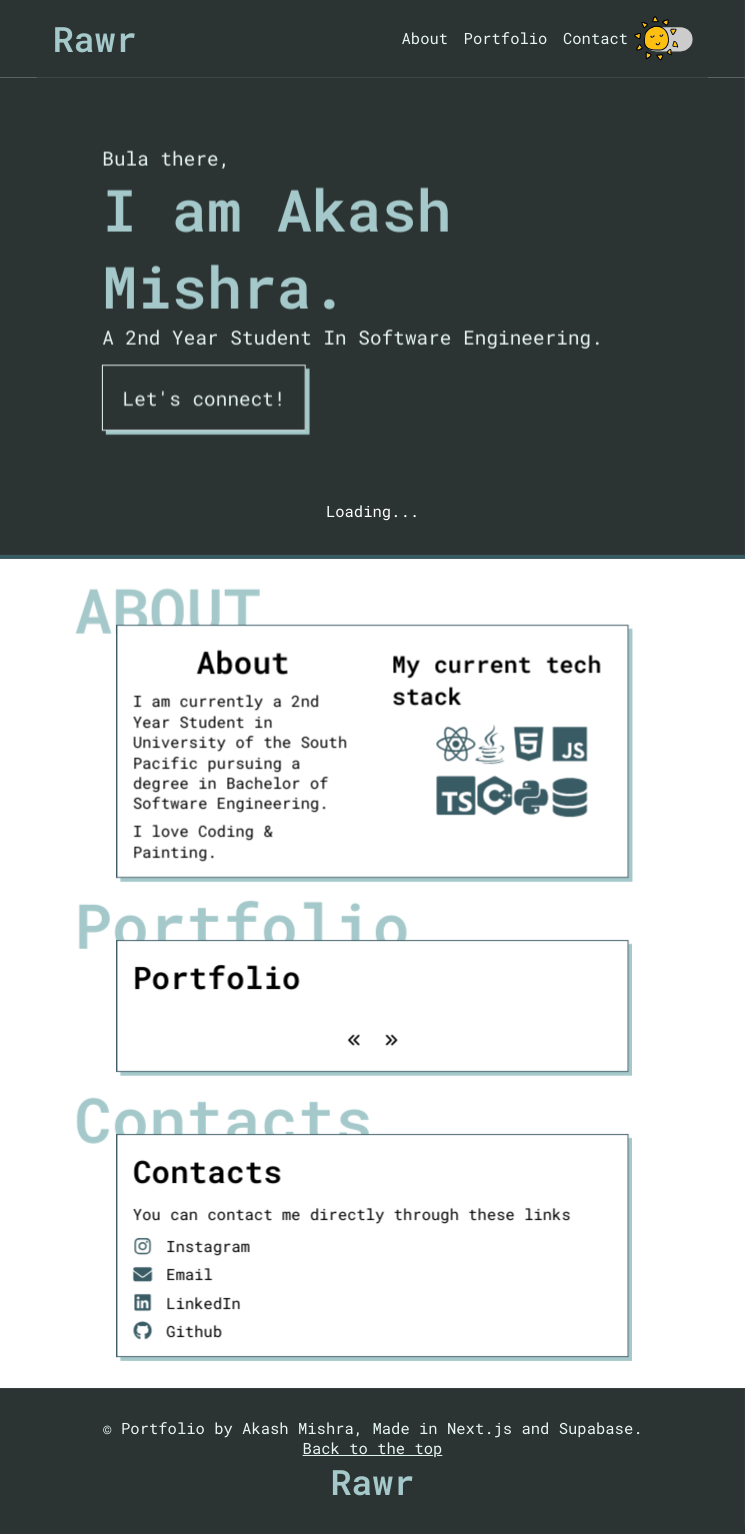
Repository: akashrawr/personal-portfolio
Page: /
These files come from the project's save history. The page is drawn as it stood at one moment and after the next save; the edit follows.
The browser window is 768 px wide. The pictures show the whole page, at 97% of full size.
The page's requests for data from a server got no answer. The project was rebuilt for these pictures with package versions that can differ from the ones it lists, and the page was loaded fresh each time. The framework's server and built-in components were replaced by stand-ins that run in the browser. No one was signed in, and anything a server would have sent is missing. Also part of the build but not shown: next.config.ts.

Above is the page before, as saved 2025-01-03 20:20:06.

After the next save:
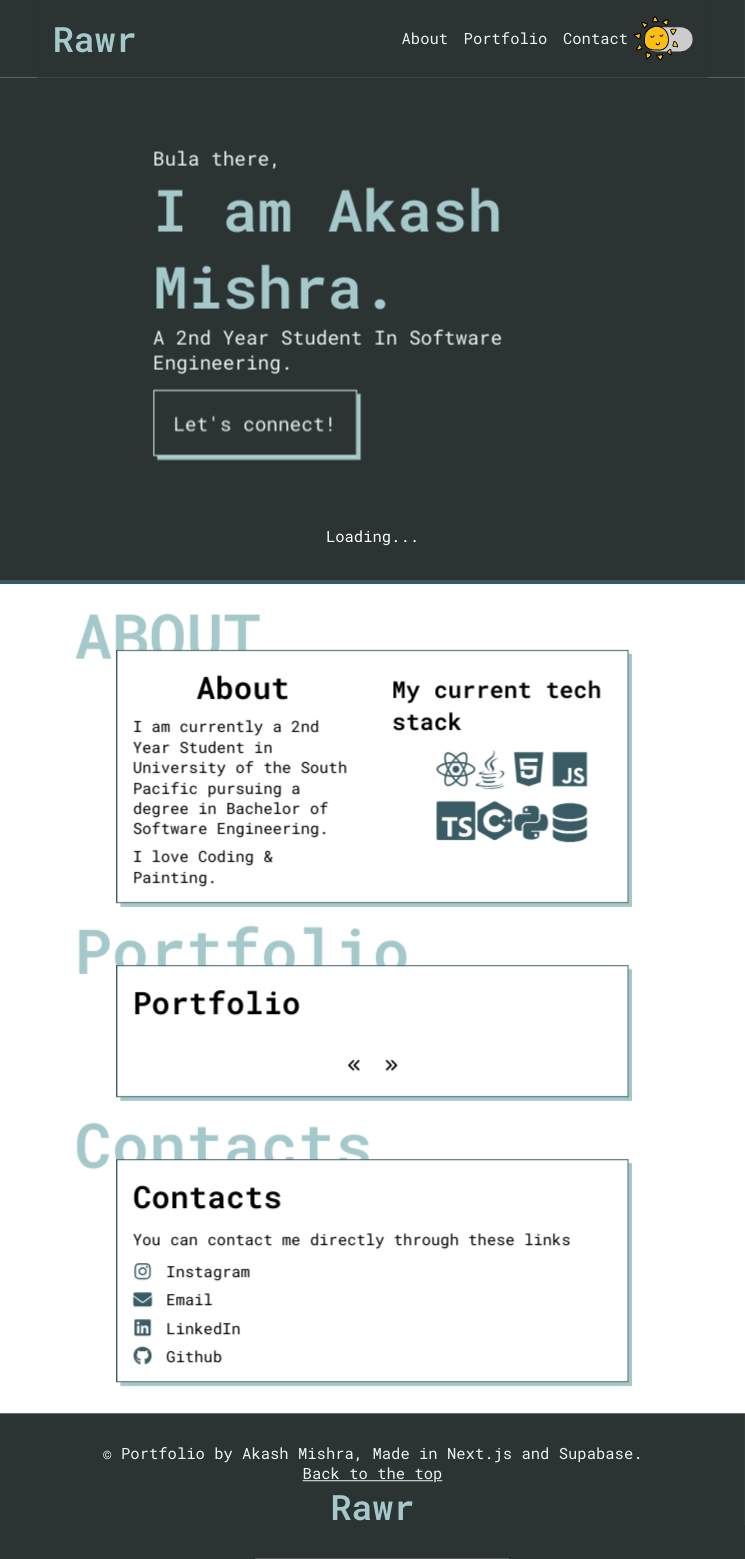
Saved 2 min 7 s later.
--- a/app/globals.css
+++ b/app/globals.css
@@ -312,6 +312,11 @@ color:white;
   }
   .hero-text-container {
     text-align: left;
+  }
+
+  .hero-container {
+    max-width: 75%;
+    height: auto;
   }
 }
 .hero-text-container > h2 {
